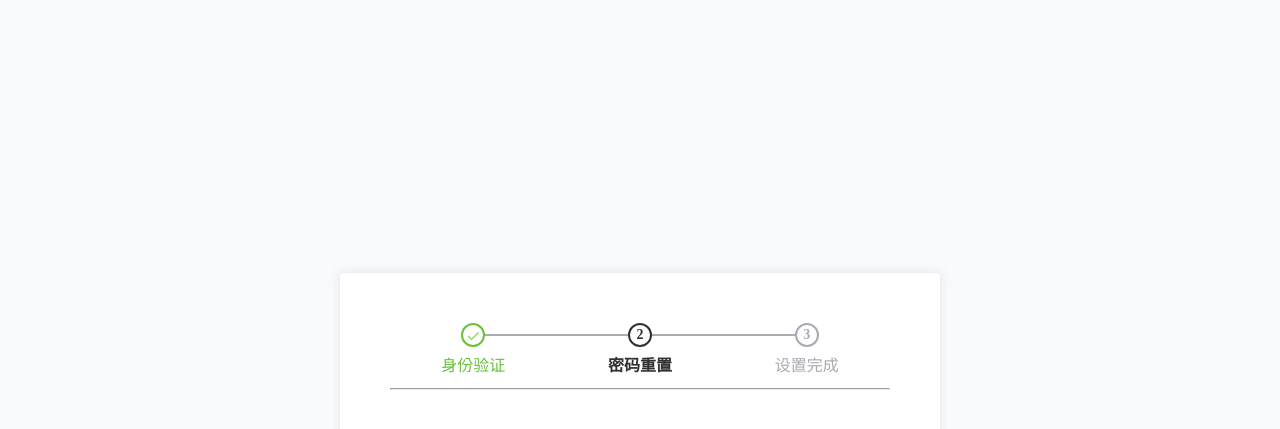
Repository: Harmony-camp/ckw-manager
Page: /#/ForgotPassword (app in manage/)
These files come from the project's save history. The page is drawn as it stood at one moment and after a run of saves; the edit follows.
The browser window is 1280 px wide. The pictures show the whole page.
The project was rebuilt for these pictures with package versions that can differ from the ones it lists, and the page was loaded fresh each time. Also part of the build but not shown: manage/vite.config.js.

Above is the page before, as saved 2023-05-27 10:19:43.

After the next 2 saves:
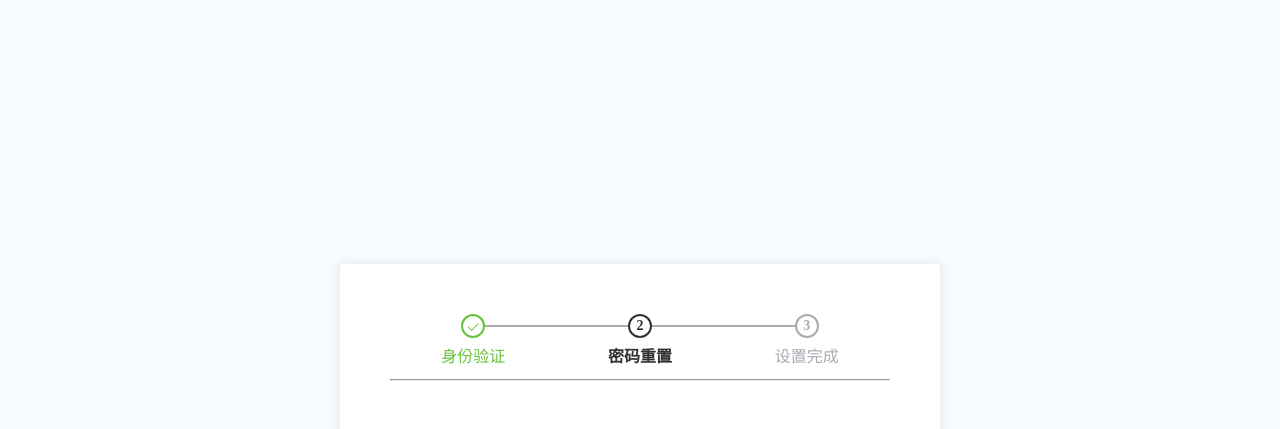
The 2 saves are shown as one change because they came seconds apart.
The last was saved 11 s later.
--- a/manage/src/views/login/ForgotPassword.vue
+++ b/manage/src/views/login/ForgotPassword.vue
@@ -10,7 +10,9 @@
       <div class="main">
         <div class="setIdentity" v-if="active == 1">
           <el-form>
+            <el-form-item>
 
+            </el-form-item>
           </el-form>
         </div>
         <div class="setPassword" v-if="active == 2">2</div>
